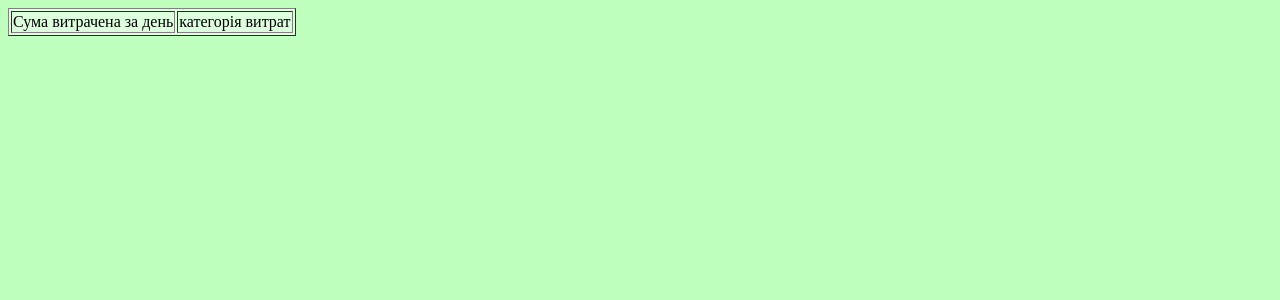
Repository: alexandrastarovoyda-star/Planer2
Page: index.html
An editor plug-in stored every save of this project. The page is shown before and after the next save, followed by the edit.
The browser window is 1280 px wide. The pictures show the whole page.

Above is the page before, as saved 2026-03-23 13:58:27.

After the next save:
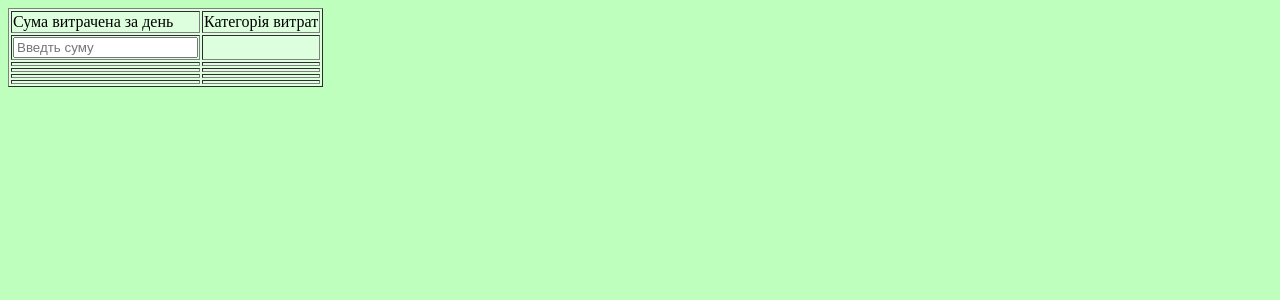
Saved 3 min 19 s later.
--- a/index.html
+++ b/index.html
@@ -8,7 +8,22 @@
     <body>
         <table border="1px" class="table_calculator" id="day_spend_table">
             <tr>
-                <td>Сума витрачена за день</td><td>категорія витрат</td>
+                <td>Сума витрачена за день</td><td>Категорія витрат</td>
+            </tr>
+            <tr>
+                <td><input type="number" placeholder="Введть суму"></td><td></td>
+            </tr>
+            <tr>
+                <td></td><td></td>
+            </tr>
+            <tr>
+                <td></td><td></td>
+            </tr>
+            <tr>
+                <td></td><td></td>
+            </tr>
+            <tr>
+                <td></td><td></td>
             </tr>
         </table>
     </body>
